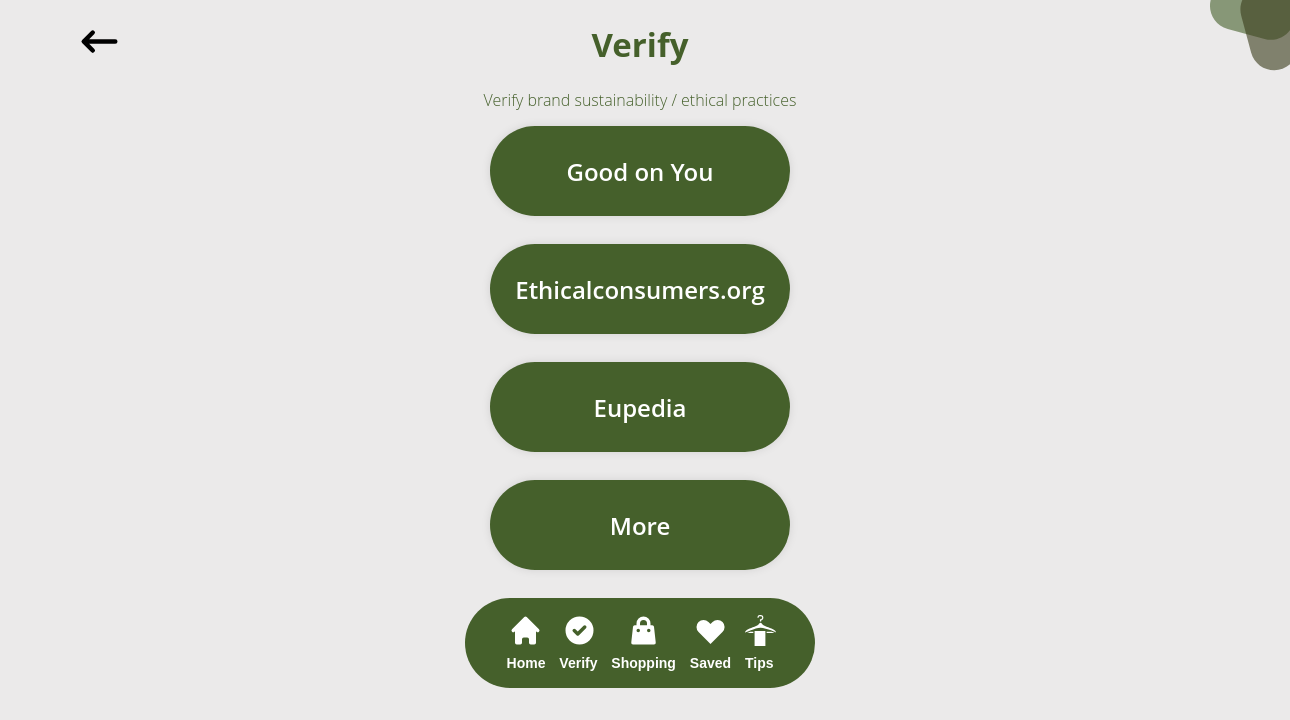
Repository: DevOfHockey/dcdfinal-mobile
Page: /verifier
These files come from the project's save history. The page is drawn as it stood at one moment and after the next save; the edit follows.
The browser window is 1280 px wide. The page is 1290 px wide, so the pictures cover 1290 px, including what lies to the right of the window. The pictures show the whole page.
The project was rebuilt for these pictures with package versions that can differ from the ones it lists, and the page was loaded fresh each time. The framework's server and built-in components were replaced by stand-ins that run in the browser. Also part of the build but not shown: next.config.js, comps/headerimage.js, comps/shopdenimimg.js, pages/denimjacket.js.

Above is the page before, as saved 2022-05-19 13:37:50.

### pages/_app.js
import Menubar from '../comps/menubar';
import '../styles/globals.css'
import '../styles/menubar.css'
import styles from "../styles/Home.module.css"
import FlowerTopRight from '../comps/flower'; //important! to import


function MyApp({ Component, pageProps }) {
  return (
  <>
    <Component {...pageProps} />
    <FlowerTopRight/>
    <Menubar />
  </>
  )
}
export default MyApp

### pages/verifier.js
//1- If u want u can import styled.components & do more styling here
//2- Use router is to route the pages if u want

import HeaderImgs from "../comps/headerimage";
import GreenBar from "../comps/greenbar";
import styles from "../styles/Home.module.css";
import {headerImgs} from "../data/headimgs";
import {useRouter} from 'next/router';
import {HiArrowNarrowLeft} from 'react-icons/hi';
import Fade from 'react-reveal/Fade';

export default function Home(){
    const r = useRouter();

    return <div className={styles.main}>
        <div className="pagetitle">
            <h1 className="header">Verify</h1>
            <p className="subheading">Verify brand sustainability / ethical practices </p>
        </div>

        <div>
        <div className="arrow" onClick={
            ()=>r.push("/")
        }><HiArrowNarrowLeft size="45px" color="black" /></div>
        </div>

        <div>
        <Fade bottom>
        <div onClick={
            ()=>r.push("https://goodonyou.eco/")
        }><GreenBar name="Good on You" /></div>
        <div onClick={
            ()=>r.push("https://goodonyou.eco/")
        }><GreenBar name="Ethicalconsumers.org" /></div>
                <div onClick={
            ()=>r.push("https://goodonyou.eco/")
        }><GreenBar name="Eupedia" /></div>
                <div onClick={
            ()=>r.push("https://goodonyou.eco/")
        }><GreenBar name="More" /></div>
                <div onClick={
            ()=>r.push("https://goodonyou.eco/")
        }></div>
        </Fade>
        </div>

    </div>

}

### comps/menubar.js
import React from "react";
import Head from 'next/head'
import {HiHome, HiCheckCircle, HiShoppingBag, HiHeart} from 'react-icons/hi';
import {GiHanger} from 'react-icons/gi';
import {useRouter} from 'next/router';

function Menubar() {
    const r = useRouter();
    if (r.pathname=== '/'){
        return <div className='menubarcont'>
            </div>
    }



    return <div className='menubarcont'>
        <div className='menubar'>
        <div className='icons'>
            <p onClick={
                ()=>r.push("/home")
            }><HiHome size="35px" color="white"/></p>

            <p onClick={
                ()=>r.push("/verifier")
            }><HiCheckCircle size="35px" color="white"/></p>

            <p onClick={
                ()=>r.push("/shopping")
            }><HiShoppingBag size="35px" color="white"/></p>

            <p onClick={
                ()=>r.push("/saved")
            }><HiHeart size="35px" color="white"/></p>

            <p onClick={
                ()=>r.push("/tips")
            }><GiHanger size="35px" color="white"/></p>
        </div>

        <div className='labels'>
             <p> Home </p>
             <p> Verify </p>
             <p> Shopping </p>
             <p> Saved </p>
             <p> Tips </p>
        </div>
        </div>
    </div>
}

export default Menubar

### styles/globals.css
html,
body {
  padding: 0;
  margin: 0;
  font-family: -apple-system, BlinkMacSystemFont, Segoe UI, Roboto, Oxygen,
    Ubuntu, Cantarell, Fira Sans, Droid Sans, Helvetica Neue, sans-serif;
  background-color: #EBEAEA;
}

a {
  color: inherit;
  text-decoration: none;
}

* {
  box-sizing: border-box;
}

.pagetitle {
  text-align: center;
}

h1.header {
  font-family: 'Open Sans';
  color: #45602B;
  font-size: 33px;
  text-align: center;
}

p.subheading {
  font-family: 'Open Sans';
  color: #45602B;
  font-size: 16px;
  font-weight: 300;
  text-align: center;
}

div.subhead {
  font-family: 'Open Sans';
  color: #45602B;
  font-size: 24px;
  font-weight: 400;
  text-align: center;
  margin-top: -5px;
  margin-bottom: 18px;
}

p.pagedescription {
  display: flex;
  font-family: 'Open Sans';
  color: black;
  font-size: 18px;
  font-weight: 100;
  margin: 30px;
  text-align: justify;
  text-justify: inter-word;
}
/* Green bar */
.green-bar {
  font-family: 'Open Sans';
  font-style: normal;
  width: 300px;
  height: 90px;
  font-weight: 600;
  font-size: 24px;
  line-height: 33px;
  display: flex;
  justify-content:center;
  align-items: center;
  text-align: center;
  border-radius: 60px;
  color: white;
  margin-left: auto;
  margin-right: auto;
  margin-bottom: 28px;
  margin-top: 15px;
  background-color:#45602B;
  box-shadow: 0px 4px 4px rgba(0, 0, 0, 0.25);

  transition: all 0.5s;
  cursor: pointer;

  box-shadow:0 0 10px rgba(0, 0, 0, 0.1);
  -webkit-transition-duration: 0.3s;
  transition-duration: 0.3s;
  -webkit-transition-property: box-shadow, transform;
  transition-property: box-shadow, transform;
  }

  .green-bar:hover, .green-bar:focus, .green-bar:active{
    box-shadow:0 0 20px rgba(0, 0, 0, 0.5);
     -webkit-transform: scale(1.1);
    transform: scale(1.1);
    background-color: #60843e;
   }


  .arrow {
    position: absolute;
    left: 6%;
    top: 2.7%;
  }

.like {
  position: absolute;
  right: 15%;
  top: 18%;
}

.body-text{
  font-family: 'Open Sans';
  font-style: normal;
  width: 321px;
  font-weight: 300;
  font-size: 18px;
  display: flex;
  margin-left: auto;
  margin-right: auto;
  margin-top: 15px;
  left: 43px;
  top: 476px;
  width: 321px;
}

/* START HERE */
.flowercorners {
  position:relative;
  padding:0;
}
.flower-div1, .flower-div2, .flower-div3, .flower-div4 {
  position:fixed;
  margin:0;
  padding: 0;

  width: 160px;
  height: 160px;
}
.flower-div1 {
  top:0;
  left:0;
}
.flower-div2 {
  top:0;
  right:0;
}
.flower-div3 {
  bottom:0;
  left:0;
}
.flower-div4 {
  bottom:0;
  right:0;
}

/* Begin button */
.begin-button {
  font-family: 'Open Sans';
  font-style: normal;
  width: 340px;
  height: 70px;
  font-weight: 500;
  font-size: 20px;
  line-height: 33px;
  display: flex;
  justify-content:center;
  align-items: center;
  text-align: center;
  border-radius: 25px;
  color: white;
  margin-left: auto;
  margin-right: auto;
  margin-bottom: 18px;
  margin-top: 15px;
  background-color:#45602B;
  box-shadow: 0px 4px 4px rgba(0, 0, 0, 0.25);

  position: relative;
  top: 110px;

  transition: all 0.5s;
  cursor: pointer;

  box-shadow:0 0 10px rgba(0, 0, 0, 0.1);
  -webkit-transition-duration: 0.3s;
  transition-duration: 0.3s;
  -webkit-transition-property: box-shadow, transform;
  transition-property: box-shadow, transform;
  }

  .begin-button:hover, .begin-button:focus, .begin-button:active{
    box-shadow:0 0 20px rgba(0, 0, 0, 0.5);
     -webkit-transform: scale(1.1);
    transform: scale(1.1);
    background-color: #60843e;
   }


.revived-logo {
  display: flex;
  justify-content: center;
}

.revived-logo > img {
  width: 75%;
}

### styles/menubar.css
.menubar {
    text-align: center;
    width: 350px;
    height: 90px;
    background: #45602B;
    border-radius: 50px;
    position: absolute;
}

.menubarcont {
    display: flex;
    justify-content: center;
}

.icons {
    text-align: center;
    bottom: -15px;
}

.labels {
    position: relative;
    text-align: center;
    bottom: -15px;
}

.icons p {
    position:relative;
    bottom: -15px;
    margin: 10px;
}

.icons p:first-child {
    position:relative;
    left: -5px;
}

.icons p:nth-child(2) {
    position:relative;
    left: -6px;
}

.icons p:nth-child(3) {
    position:relative;
    left: 3px;
}

.icons p:nth-child(4) {
    position:relative;
    left: 15px;
}

.icons p:nth-child(5) {
    position:relative;
    left: 10px;
}

p {
    font-family: sans-serif;
    font-size: 14px;
    color: white;
    font-weight: bold;
    display: inline;
    margin: 5px;
}

### styles/Home.module.css
.container {
  padding: 0 2rem;
  display: flex;
  align-content: center;
}

.main {
  max-height: 100vh;
  flex: 1;
  display: flex;
  flex-direction: column;
  align-content: center;
  /* justify-content: flex-end; */
}

.footer {
  display: flex;
  flex: 1;
  padding: 2rem 0;
  border-top: 1px solid #eaeaea;
  justify-content: center;
  align-items: center;
}

.footer a {
  display: flex;
  justify-content: center;
  align-items: center;
  flex-grow: 1;
}

.title a {
  color: #0070f3;
  text-decoration: none;
}

.title a:hover,
.title a:focus,
.title a:active {
  text-decoration: underline;
}

.title {
  margin: 0;
  line-height: 1.15;
  font-size: 4rem;
}

.title,
.description {
  text-align: center;
}

.description {
  margin: 4rem 0;
  line-height: 1.5;
  font-size: 1.5rem;
}

.code {
  background: #fafafa;
  border-radius: 5px;
  padding: 0.75rem;
  font-size: 1.1rem;
  font-family: Menlo, Monaco, Lucida Console, Liberation Mono, DejaVu Sans Mono,
    Bitstream Vera Sans Mono, Courier New, monospace;
}

.grid {
  display: flex;
  align-items: center;
  justify-content: center;
  flex-wrap: wrap;
  max-width: 800px;
}

.card {
  margin: 1rem;
  padding: 1.5rem;
  text-align: left;
  color: inherit;
  text-decoration: none;
  border: 1px solid #eaeaea;
  border-radius: 10px;
  transition: color 0.15s ease, border-color 0.15s ease;
  max-width: 300px;
}

.card:hover,
.card:focus,
.card:active {
  color: #0070f3;
  border-color: #0070f3;
}

.card h2 {
  margin: 0 0 1rem 0;
  font-size: 1.5rem;
}

.card p {
  margin: 0;
  font-size: 1.25rem;
  line-height: 1.5;
}

.logo {
  height: 1em;
  margin-left: 0.5rem;
}

/* Denim Jacket Page */
.deniminfo {
  color: #45602B;
  display: inline-block;
  text-align: center;
}

.vintagesherpa {
  font-family: 'Open Sans';
  font-style: normal;
  font-weight: 300;
  font-size: 20px;
  color: #45602B;
  display: inline-block;
  text-align: center;
}

.denimprice {
  font-family: 'Open Sans';
  font-style: normal;
  color: #45602B;
  display: inline-block;
  text-align: center;
}

.denimprice {
  font-family: 'Open Sans';
  font-style: normal;
  color: #45602B;
  display: inline-block;
  font-size: 22px;
  text-align: center;
}

.denimsize {
  font-family: 'Open Sans';
  font-style: normal;
  color: #45602B;
  display: inline-block;
  text-align: center;
}

.denimprice {
  font-family: 'Open Sans';
  font-style: normal;
  color: #45602B;
  display: inline-block;
  text-align: center;
}

.denimdescription {
  font-family: 'Open Sans';
  font-style: normal;
  color: #45602B;
  display: inline-block;
  font-weight: 200;
  text-align: center;
}

.buttoncont {
  display: flex;
  margin-top: 10px;
  justify-content: center;
}

.contactbutton {
  background-color:#45602B;
  border: none;
  color: white;
  padding: 15px 32px;
  text-align: center;
  text-decoration: none;
  font-size: 16px;
  font-weight: 500;
  border-radius: 25px;
}

@media (max-width: 600px) {
  .grid {
    width: 100%;
    flex-direction: column;
  }
}

### comps/flower.js
import styled from 'styled-components'; //There's the option to style e.g. flower 1, 2, 3 & 4 (or 10+ things here) & add it as 1 component!

const FlowerTopRight = styled.div`
position:absolute;
margin:0;
padding: 0;

width: 160px;
height: 160px;

top:0;
right:0;
`;

export default function Flower () { //flowertopright is a styled.div, which replaces what would be "flower-div2"

   return <FlowerTopRight>
        <img src="/flowerTR.svg" alt="Flower icon"/>
    </FlowerTopRight>

}

### comps/greenbar.js
function GreenBar (props) {

    return <div className='green-bar'><span>{props.name}</span>
    </div>
}

export default GreenBar

### data/headimgs.js
import DenimImage from "../comps/shopdenimimg";
import DenimJacket from "../pages/denimjacket";

export const headerImgs = [
    "/clothing.webp",
];

export const hacksImgs = [
    "/heels.jpg",
];

export const mendingImgs = [
    "/holes.jpg",
];

export const careImgs = [
    "/washing.jpg",
];

export const beforeImgs = [
    "/one.jpg",
];

export const aboutImgs = [
    "/shirt.jpeg",
];

export const DenimImg = [
    "/shopdenimjacket.jpeg"
]

After the next save:
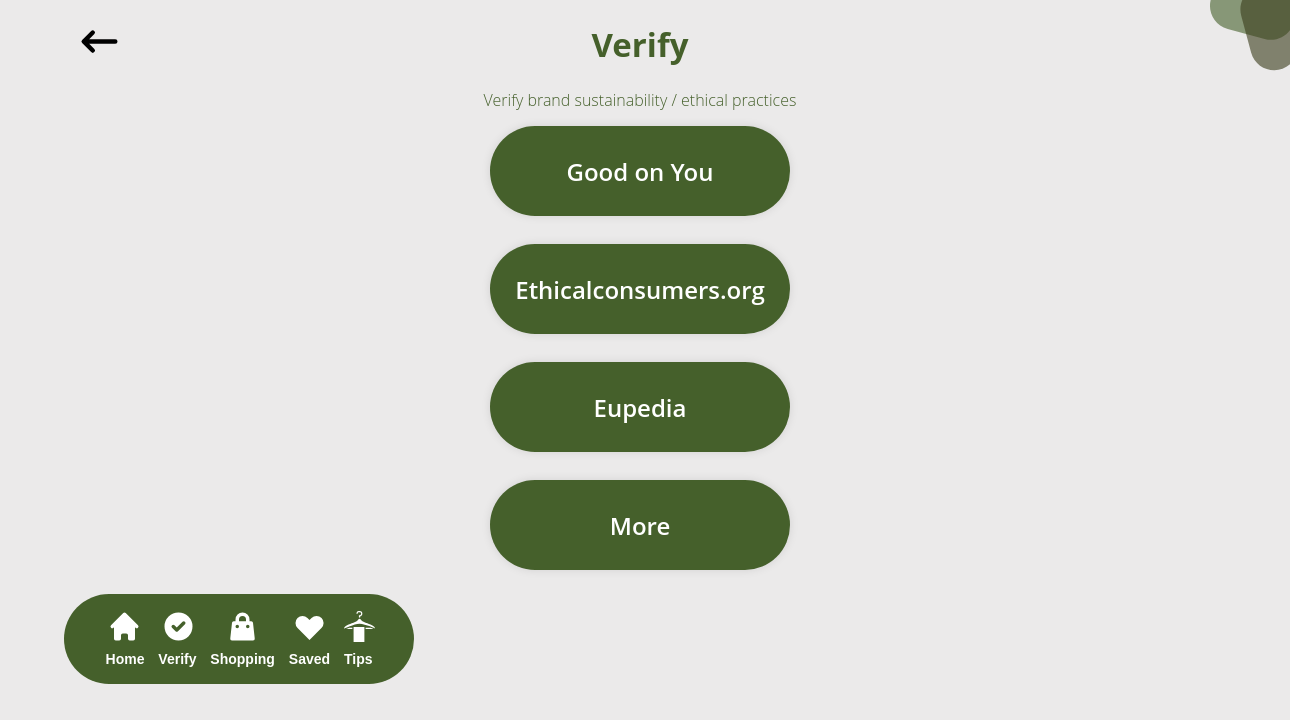
Saved 7 h 15 min later.
--- a/styles/menubar.css
+++ b/styles/menubar.css
@@ -5,6 +5,8 @@
     background: #45602B;
     border-radius: 50px;
     position: absolute;
+    bottom: 5%;
+    left: 5%;
 }
 
 .menubarcont {
